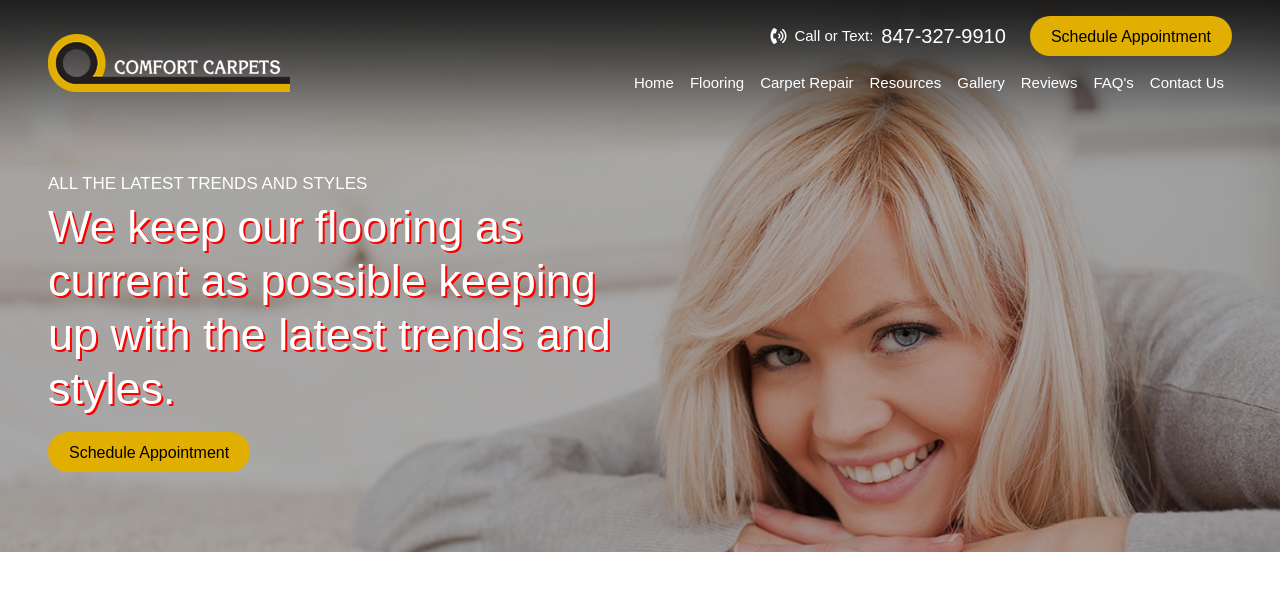
Repository: Ab-dur-Rehman/sscaseFolders
Page: index.html
These files come from the project's save history. The page is drawn as it stood at one moment and after the next save; the edit follows.
The browser window is 1280 px wide. The pictures show the whole page.
Some web fonts or font styles are not loaded; a fallback is used.

Above is the page before, as saved 2022-12-20 20:33:26.

### index.html
<!doctype html>
<html lang="en">
  <head>
    <meta charset="utf-8">
    <meta name="viewport" content="width=device-width, initial-scale=1">
    <!-- Bootstrap CSS -->
    <link href="https://cdn.jsdelivr.net/npm/bootstrap@5.0.2/dist/css/bootstrap.min.css" rel="stylesheet" integrity="sha384-EVSTQN3/azprG1Anm3QDgpJLIm9Nao0Yz1ztcQTwFspd3yD65VohhpuuCOmLASjC" crossorigin="anonymous">
    <!-- Custom CSS -->
    <link rel="stylesheet" href="assets/css/style.css">
    <!-- FontAwesome -->
    <link rel="stylesheet" href="https://cdnjs.cloudflare.com/ajax/libs/font-awesome/6.2.1/css/all.min.css" integrity="sha512-MV7K8+y+gLIBoVD59lQIYicR65iaqukzvf/nwasF0nqhPay5w/9lJmVM2hMDcnK1OnMGCdVK+iQrJ7lzPJQd1w==" crossorigin="anonymous" referrerpolicy="no-referrer" />
    <!-- JQuery -->
    <script src="https://code.jquery.com/jquery-3.6.1.min.js" integrity="sha256-o88AwQnZB+VDvE9tvIXrMQaPlFFSUTR+nldQm1LuPXQ=" crossorigin="anonymous"></script>
    <!-- Bootstrap JS -->
    <script src="https://cdn.jsdelivr.net/npm/bootstrap@5.0.2/dist/js/bootstrap.bundle.min.js" integrity="sha384-MrcW6ZMFYlzcLA8Nl+NtUVF0sA7MsXsP1UyJoMp4YLEuNSfAP+JcXn/tWtIaxVXM" crossorigin="anonymous"></script>
    <!-- Custom Scripts -->
    <script type="module" src="assets/js/script.js"></script>

    <title>Comfort Carpets</title>
  </head>
  <body>
    <div class="col-lg-12 mx-auto main-wrapper">

      <header class="py-3 px-5 header-top">
        <div class="header-top-inner row gx-0 max-content d-flex flex-row align-items-center">
          <div class="col-md-3 logo-top mx-0 px-0">
            <a href="#"><img src="assets/images/logo.png" alt="logo"/></a>
          </div>
          <div class="col-md-9 header-left mx-0 px-0 py-0">
            <div class="top-call-info">
              <div class="top-call-info-inner d-flex flex-row justify-content-end align-items-center">
                <div class="top-call-info-inner-left px-4 d-flex flex-row align-items-center">
                  <i class="fa fa-volume-control-phone" aria-hidden="true"></i>
                  <span class="call-text px-2">Call or Text: </span>
                  <span class="call-number">847-327-9910</span>
                </div>
                <div class="top-call-info-inner-right">
                  <button type="button" class="btn btn-appointment">Schedule Appointment</button>
                </div>
              </div>
            </div>
            <div class="main-nav-wrapper">
              <nav class="navbar navbar-expand-lg navbar-light">
                <div class="container-fluid justify-content-end">
                  <button class="navbar-toggler" type="button" data-bs-toggle="collapse" data-bs-target="#navbarNav" aria-controls="navbarNav" aria-expanded="false" aria-label="Toggle navigation">
                    <span class="navbar-toggler-icon"></span>
                  </button>
                  <div class="collapse navbar-collapse justify-content-end" id="navbarNav">
                    <ul class="navbar-nav text-end">
                      <li class="nav-item">
                        <a class="nav-link active" aria-current="page" href="#">Home</a>
                      </li>
                      <li class="nav-item">
                        <a class="nav-link" href="#">Flooring</a>
                      </li>
                      <li class="nav-item">
                        <a class="nav-link" href="#">Carpet Repair</a>
                      </li>
                      <li class="nav-item">
                        <a class="nav-link" href="#">Resources</a>
                      </li>
                      <li class="nav-item">
                        <a class="nav-link" href="#">Gallery</a>
                      </li>
                      <li class="nav-item">
                        <a class="nav-link" href="#">Reviews</a>
                      </li>
                      <li class="nav-item">
                        <a class="nav-link" href="#">FAQ's</a>
                      </li>
                      <li class="nav-item">
                        <a class="nav-link" href="#">Contact Us</a>
                      </li>
                    </ul>
                  </div>
                </div>
              </nav>
            </div>
          </div>
        </div>
        <div class="header-bottom row gx-0 max-content d-flex flex-row align-items-center py-5 my-3">
          <div class="col-md-6 banner-text mx-0 px-0">
            <div class="banner-text-inner">
              <h4 class="banner-title">All the latest trends and styles</h4>
              <p class="banner-sub">We keep our flooring as current as possible keeping up with the latest trends and styles.</p>
              <div class="top-call-info-inner-right">
                <button type="button" class="btn btn-appointment">Schedule Appointment</button>
              </div>
          </div>
          <div class="col-md-6 mx-0 px-0"></div>
        </div>
      </header>

      <content class="col-12 main-content">

      </content>
      <footer class="row gx-0 py-3 px-5 footer-wrapper text-center mt-5">

      </footer>
    </div>
  </body>
</html>

### assets/css/style.css
@import url('https://fonts.googleapis.com/css2?family=Amiko:wght@400;600;700&family=Chivo:wght@400;500;600;700&display=swap');


img { width:100%;}
body { color:#fff;}

/* font-family: 'Amiko', sans-serif;
font-family: 'Chivo', sans-serif; */

.logo-top img {
    max-width: 242px;
}
.max-content {
    max-width: 1200px;
    margin: 0 auto;
    width: 100%;
}
.header-top {
    background:url(../images/bnr.png);
    background-position: top center;
    background-repeat: no-repeat;
    background-size:cover;
}
.btn-appointment {
    background: #e1af02;
    color: #000;
    font-family: 'Amiko', sans-serif;
    padding: 12px 20px 10px 20px;
    border-radius: 5px;
    font-size: 16px;
    font-weight: 500;
    border-radius: 40px;
    line-height: 1;
}
.call-text {
    font-size: 15px;
    font-weight: 400;
    font-family: 'Amiko', sans-serif;
    color: #fff;
}
.call-number {
    font-size: 20px;
    font-weight: 500;
    font-family: 'Chivo', sans-serif;
    color: #fff;
}
.nav-link {
    font-size: 15px;
    font-weight: 400;
    font-family: 'Amiko', sans-serif;
    color: #fff!important;
}

.banner-title {
    font-size: 17px;
    font-weight: 500;
    font-family: 'Amiko', sans-serif;
    color: #fff;
    line-height: 1;
    text-transform: uppercase;
}
.banner-sub {
    font-size: 45px;
    font-weight: 400;
    font-family: 'Chivo', sans-serif;
    color: #fff;
    line-height: 1.2;
    text-shadow: 2px 2px #ff0000
}

/* //Responsive */

@media only screen and (max-width: 1350px) {

}

@media only screen and (max-width: 1262px) and (min-width: 1024px) {

}
@media only screen and (max-width: 1023px) {

}
@media only screen and (max-width: 982px) {

}
@media only screen and (max-width: 685px) {

}
@media only screen and (max-width: 576px) {

}

### assets/js/script.js
//doughnut
// var ctxD = document.getElementById("doughnutChart").getContext('2d');
// var ctxD2 = document.getElementById("doughnutChart2").getContext('2d');
// var myLineChart = new Chart(ctxD, {
//   type: 'doughnut',
//   data: {
//     labels: ["Red", "Green"],
//     datasets: [{
//       data: [25, 75],
//       backgroundColor: ["#F7464A", "#46BFBD"],
//       hoverBackgroundColor: ["#FF5A5E", "#5AD3D1"]
//     }]
//   },
//   options: {
//   	responsive: true
//   }
// });

// var myLineChart2 = new Chart(ctxD2, {
//     type: 'doughnut',
//     data: {
//       labels: ["Red", "Green"],
//       datasets: [{
//         data: [25, 75],
//         backgroundColor: ["#F7464A", "#46BFBD"],
//         hoverBackgroundColor: ["#FF5A5E", "#5AD3D1"]
//       }]
//     },
//     options: {
//         responsive: true
//     }
//   });

$(".option-icon-right input:checkbox").change(function(){
    $(this).closest("li").toggleClass('selected', this.checked);
    $('li.selected .option-icon-right label span').text('On');
    $('li:not(.selected) .option-icon-right label span').text('Off');
});

After the next save:
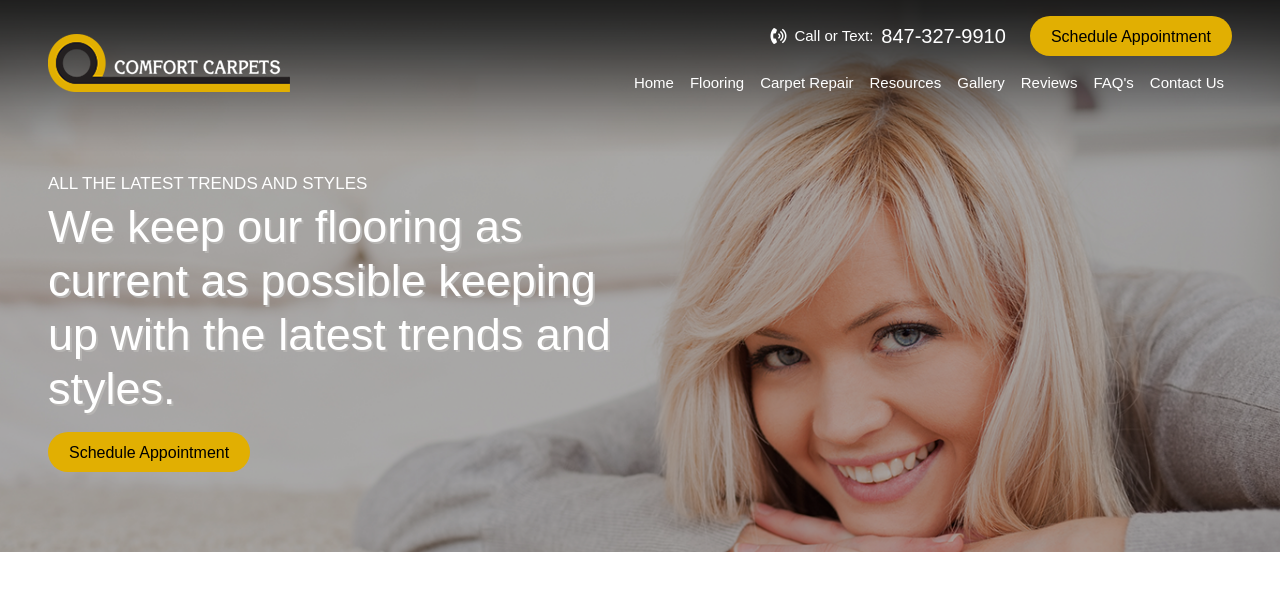
Saved 35 s later.
--- a/assets/css/style.css
+++ b/assets/css/style.css
@@ -65,7 +65,7 @@
     font-family: 'Chivo', sans-serif;
     color: #fff;
     line-height: 1.2;
-    text-shadow: 2px 2px #ff0000
+    text-shadow: 2px 2px #b6b4b2;
 }
 
 /* //Responsive */
